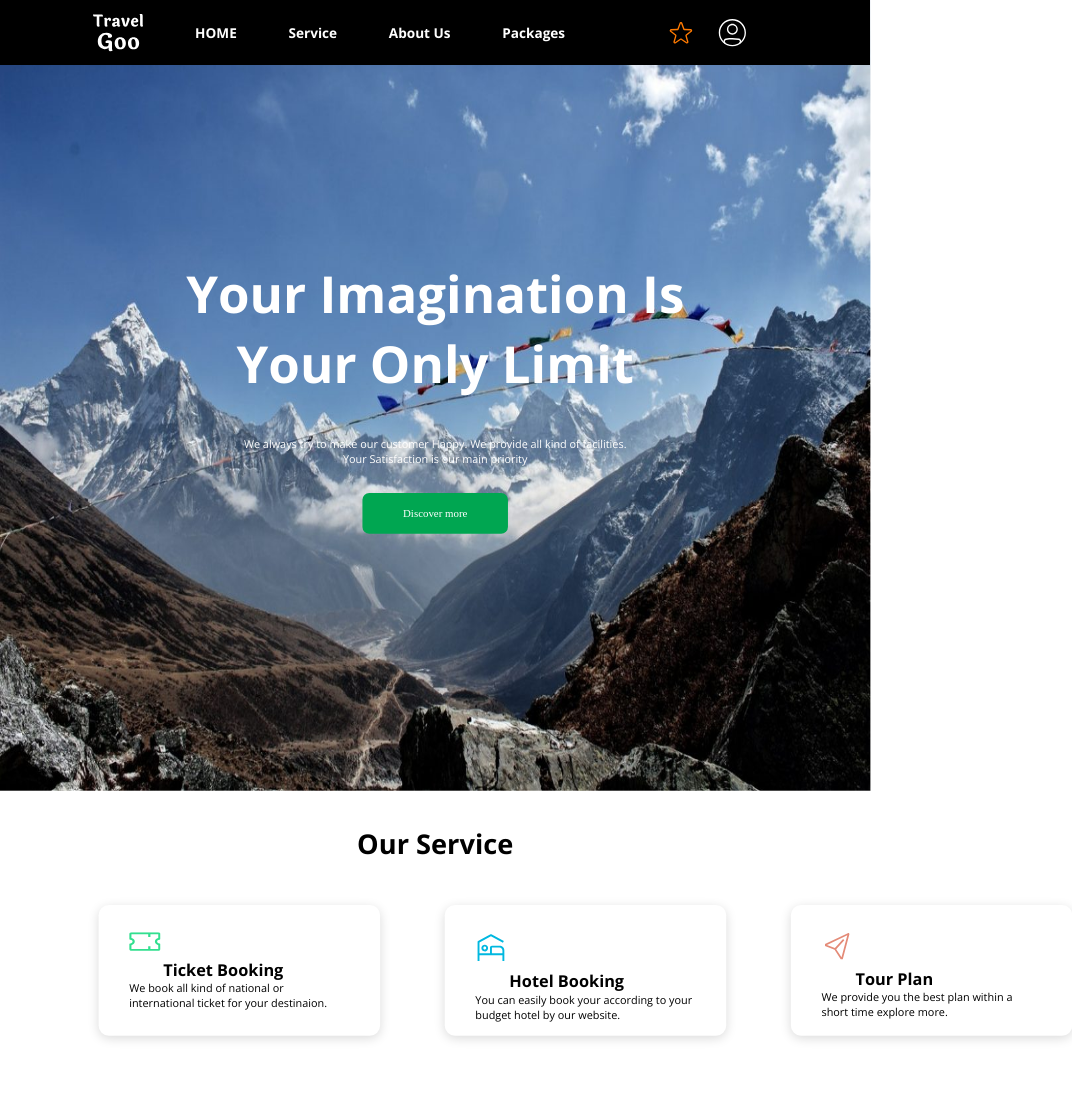
Repository: kubrazamanova/Background-Image
Page: index.html
The author's editor kept a copy of each file at every save. The page is drawn from the files as they stood at one save, then again after the next save.
The browser window is 1280 px wide. The page is 1577 px wide, then 1293 px, so the pictures cover 1577 px, including what lies to the right of the window. The pictures show the whole page, at 68% of full size.

Above is the page before, as saved 2023-10-17 18:55:46.

After the next save:
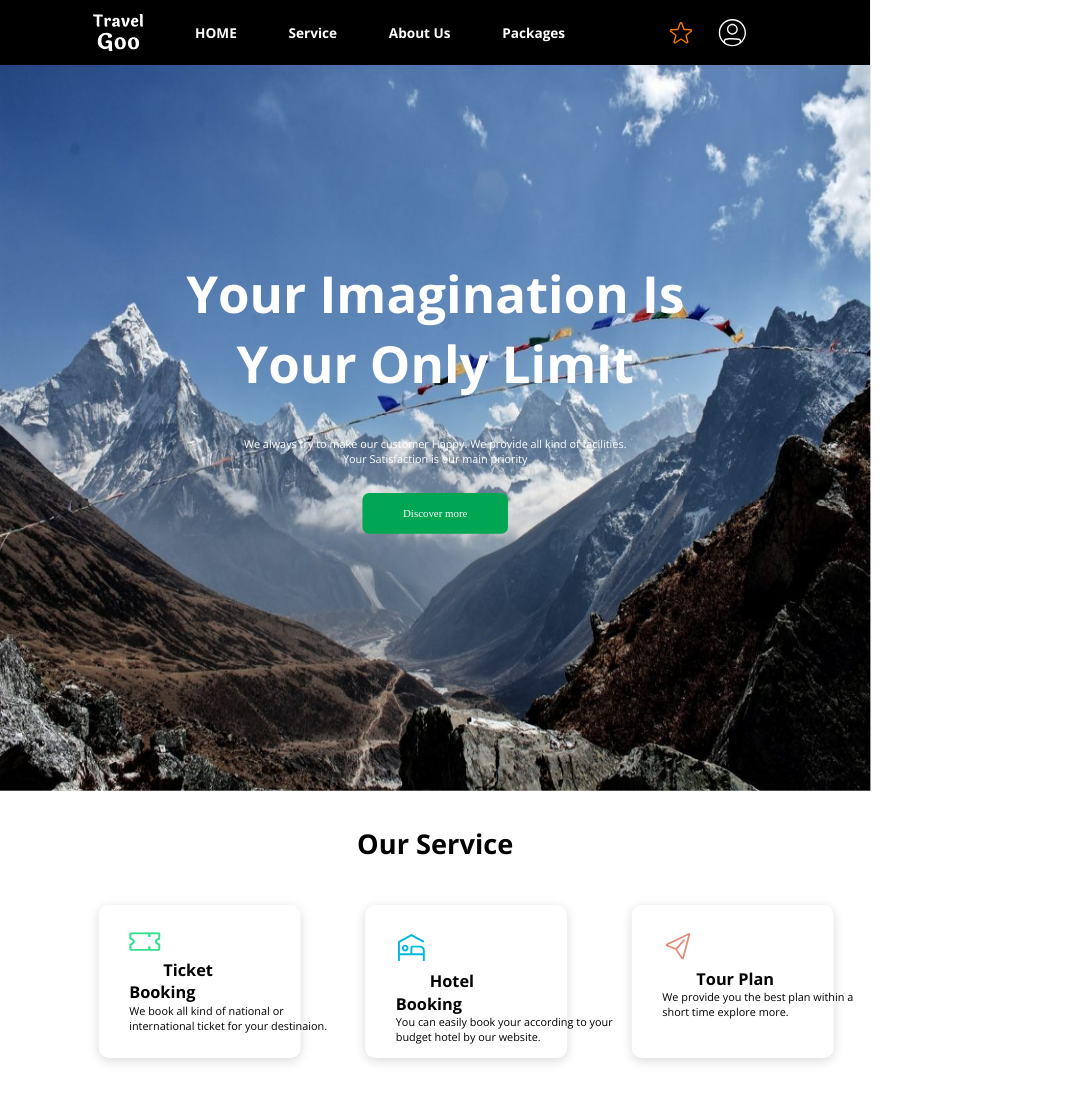
Saved 26 s later.
--- a/index.css
+++ b/index.css
@@ -112,7 +112,7 @@ main {
 }
 
 .our-service-page ul li {
-  width: 416px;
+  width: 30%;
   padding: 40px 50px 20px 45px;
   margin-right: 95px;
   list-style-type: none;
